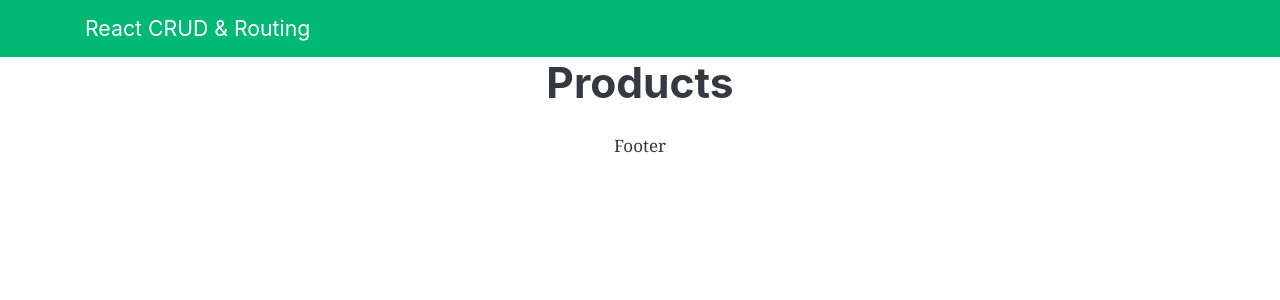
Repository: harrycampaz/router-reactjs
Page: /products
These files come from the project's save history. The page is drawn as it stood at one moment and after the next save; the edit follows.
The browser window is 1280 px wide. The pictures show the whole page.
The project was rebuilt for these pictures with package versions that can differ from the ones it lists, and the page was loaded fresh each time. Also part of the build but not shown: src/components/Product/AddProduct.js, src/components/Product/EditProduct.js, src/components/Product/Product.js.

Above is the page before, as saved 2020-01-24 20:54:52.

### public/index.html
<!DOCTYPE html>
<html lang="en">
  <head>
    <meta charset="utf-8" />
    <link rel="icon" href="%PUBLIC_URL%/favicon.ico" />
    <meta name="viewport" content="width=device-width, initial-scale=1" />
    <meta name="theme-color" content="#000000" />
    <meta
      name="description"
      content="Web site created using create-react-app"
    />
    <link rel="apple-touch-icon" href="%PUBLIC_URL%/logo192.png" />
    <!--
      manifest.json provides metadata used when your web app is installed on a
      user's mobile device or desktop. See https://developers.google.com/web/fundamentals/web-app-manifest/
    -->
    <link rel="manifest" href="%PUBLIC_URL%/manifest.json" />
    <link rel="stylesheet" href="/css/bootstrap.min.css">
    <!--
      Notice the use of %PUBLIC_URL% in the tags above.
      It will be replaced with the URL of the `public` folder during the build.
      Only files inside the `public` folder can be referenced from the HTML.

      Unlike "/favicon.ico" or "favicon.ico", "%PUBLIC_URL%/favicon.ico" will
      work correctly both with client-side routing and a non-root public URL.
      Learn how to configure a non-root public URL by running `npm run build`.
    -->
    <title>React App</title>
  </head>
  <body>
    <noscript>You need to enable JavaScript to run this app.</noscript>
    <div id="root"></div>
    <!--
      This HTML file is a template.
      If you open it directly in the browser, you will see an empty page.

      You can add webfonts, meta tags, or analytics to this file.
      The build step will place the bundled scripts into the <body> tag.

      To begin the development, run `npm start` or `yarn start`.
      To create a production bundle, use `npm run build` or `yarn build`.
    -->
  </body>
</html>

### src/App.js
import React from 'react';

import { BrowserRouter as Router, Route, Switch } from 'react-router-dom';
import Products from './components/Product/Products';
import AddProduct from './components/Product/AddProduct';
import EditProduct from './components/Product/EditProduct';
import Product from './components/Product/Product';
import Header from './ui/Header';
import Footer from './ui/Footer';


function App() {
  return (
    <Router>
      <Header/>
      <Switch>
        <Route exact path ="/products" component={Products}/>
        <Route exact path ="/products/:id" component={Product}/>
        <Route exact path ="/add-product" component={AddProduct}/>
        <Route exact path ="/products/editar/:id" component={EditProduct}/>
      </Switch>
      <Footer />
    </Router>

  );
}

export default App;

### src/components/Product/Products.js
import React from 'react';

function Products(props) {
    return (
        <h1 className="text-center">Products</h1>
    );
}

export default Products;

### src/ui/Header.js
import React from 'react';
import { Link } from 'react-router-dom';

const Header = (props) => (
            <nav className="navbar navbar-expand-lg navbar-dark bg-dark">
               <div className="container">
               <Link to="/products" className="navbar-brand">
                    React CRUD & Routing
                </Link>
               </div>
            </nav>
    );

export default Header;

### src/ui/Footer.js
import React from 'react';

const Footer = (props) => (
            <div>
                <p className="mt-4 p2 text-center">
                Footer </p>
            </div>
    );

export default Footer;

Loaded but not shown: src/index.js (common file); src/index.css (common file); src/serviceWorker.js (common file); public/css/bootstrap.min.css (library)

After the next save:
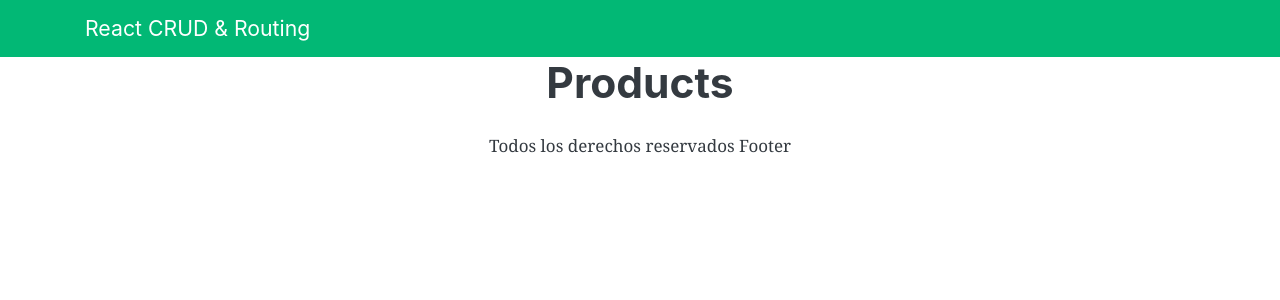
Saved 25 s later.
--- a/src/ui/Footer.js
+++ b/src/ui/Footer.js
@@ -3,7 +3,7 @@ import React from 'react';
 const Footer = (props) => (
             <div>
                 <p className="mt-4 p2 text-center">
-                Footer </p>
+                Todos los derechos reservados Footer </p>
             </div>
     );
 
